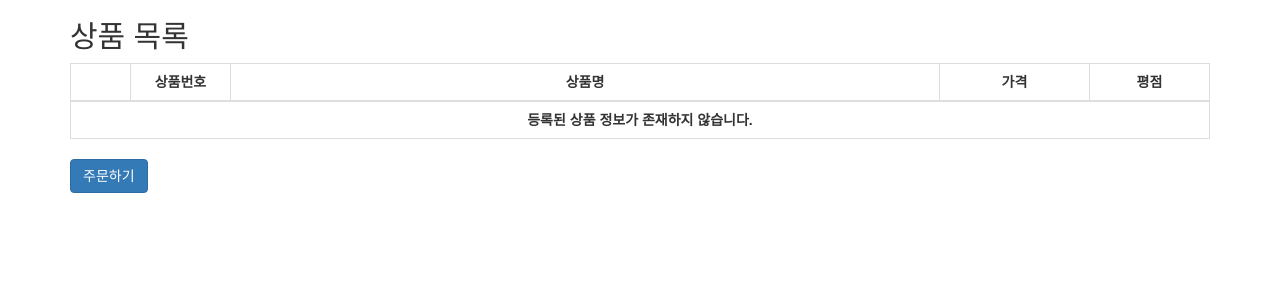
Repository: brotherdoor/shiba
Page: http://localhost/NBookShop_templete/productList.do
These files come from the project's save history. The page is drawn as it stood at one moment and after a run of saves; the edit follows.
The browser window is 1280 px wide. The pictures show the whole page.
The page is served by Tomcat 9. Queries for data that is not in the repository find no rows.

Above is the page before, as saved 2017-02-24 06:42:30.

After the next 3 saves:
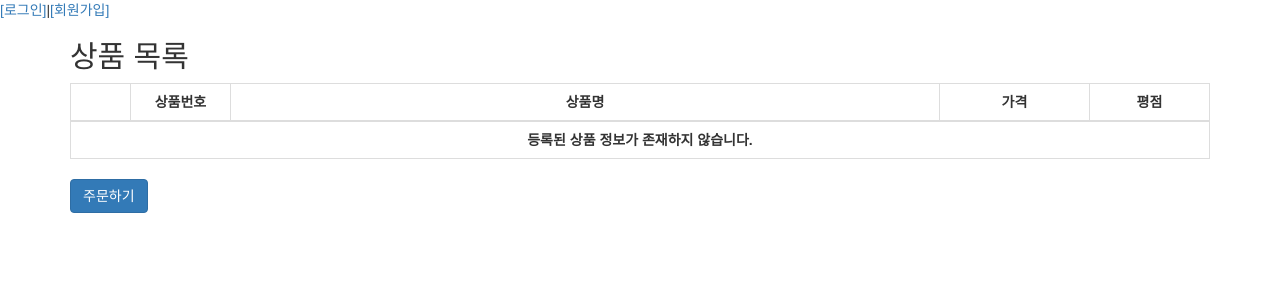
The 3 saves are shown as one change because 2 did not build or start.
The last was saved 4 min 16 s later.
--- a/jsp/NBookShop_templete/WebContent/productList.jsp
+++ b/jsp/NBookShop_templete/WebContent/productList.jsp
@@ -10,10 +10,12 @@
     <link href="css/namoosori.css" rel="stylesheet">
 </head>
 <body>
+<%@ include file="header/header.jspf" %>
 <div class="container">
+<form action="order.do" method="post">
     <article>
         <h2>상품 목록</h2>
-        <form action="order.do" method="post">
+
         <table class="table table-bordered">
             <colgroup>
                 <col width="60"/>
